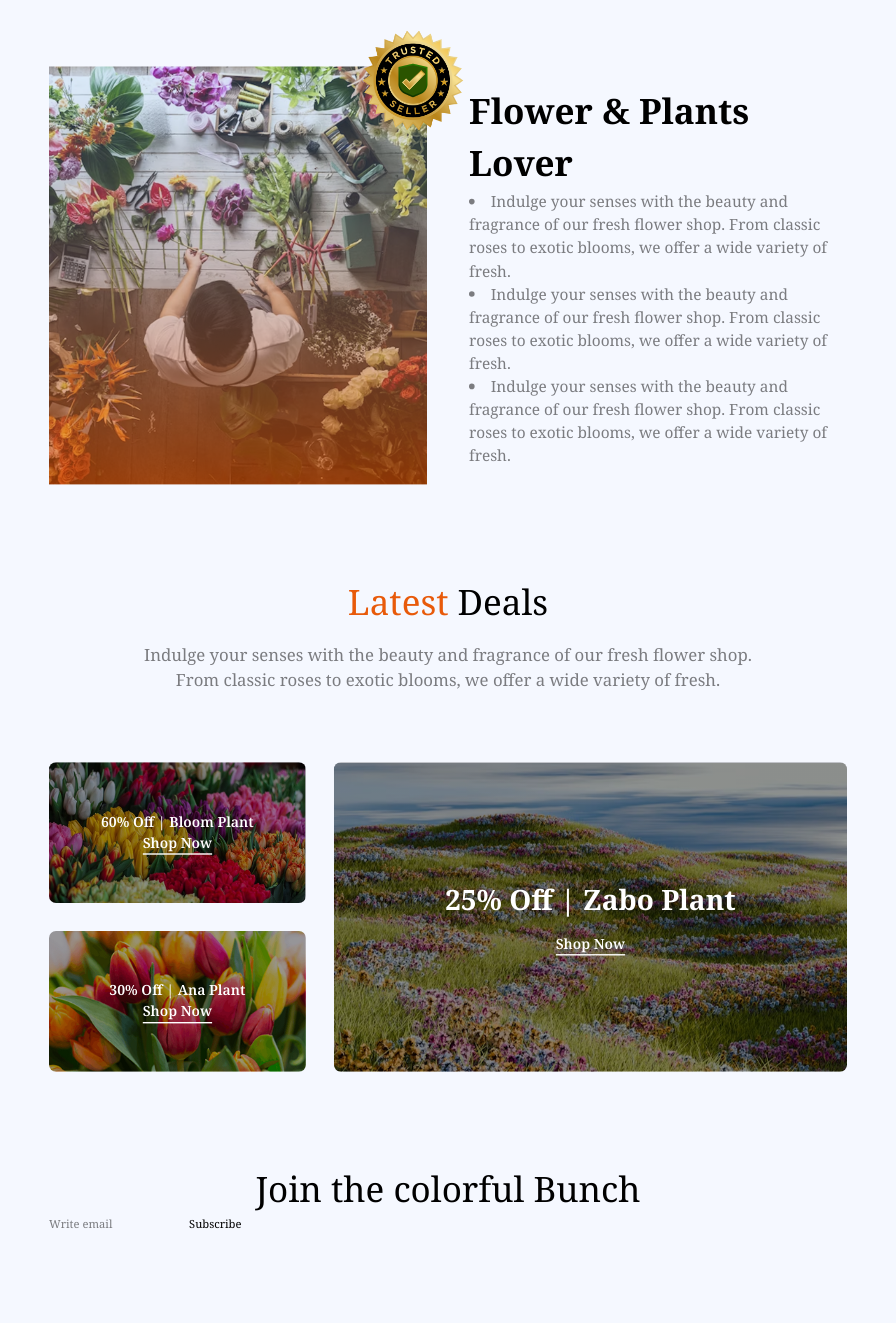
Repository: nahid-hasann/website-7
Page: index.html
The author's editor kept a copy of each file at every save. The page is drawn from the files as they stood at one save, then again after the next save.
The browser window is 1280 px wide. The pictures show the part of the page from y = 2110 to 4030 px (the page is 4000 px tall before and 4030 px after), at 70% of full size.
Some web libraries are served in a nearby version.

Above is the page before, as saved 2025-07-24 21:15:12.

After the next save:
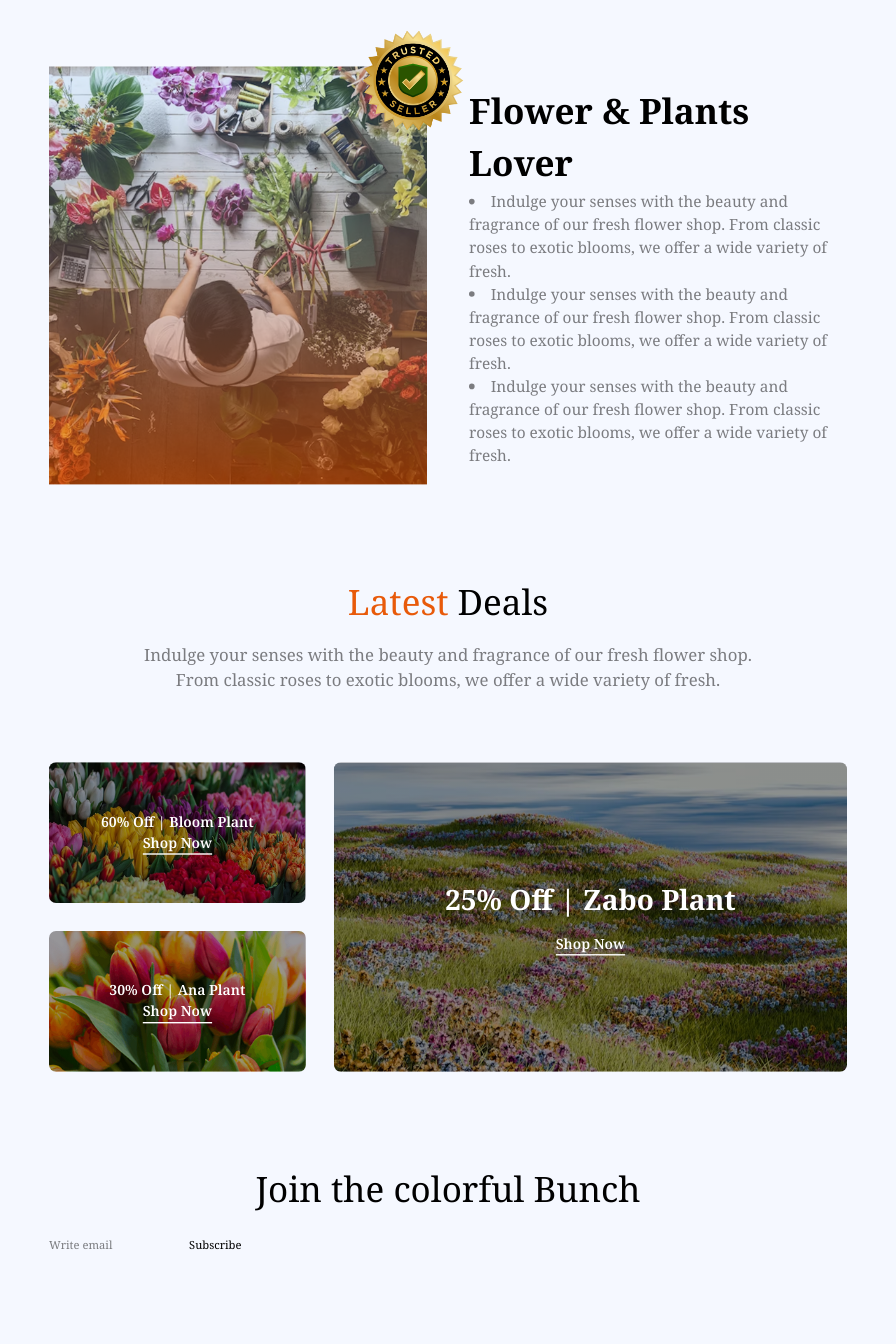
Saved 5 s later.
--- a/style.css
+++ b/style.css
@@ -291,7 +291,7 @@ nav{
 .subscribe-section h1{
     font-size: 50px;
     text-align: center;
-    margin-bottom: 39p;
+    margin-bottom: 30px;
 }
 
 /* subscribe-section end  */
